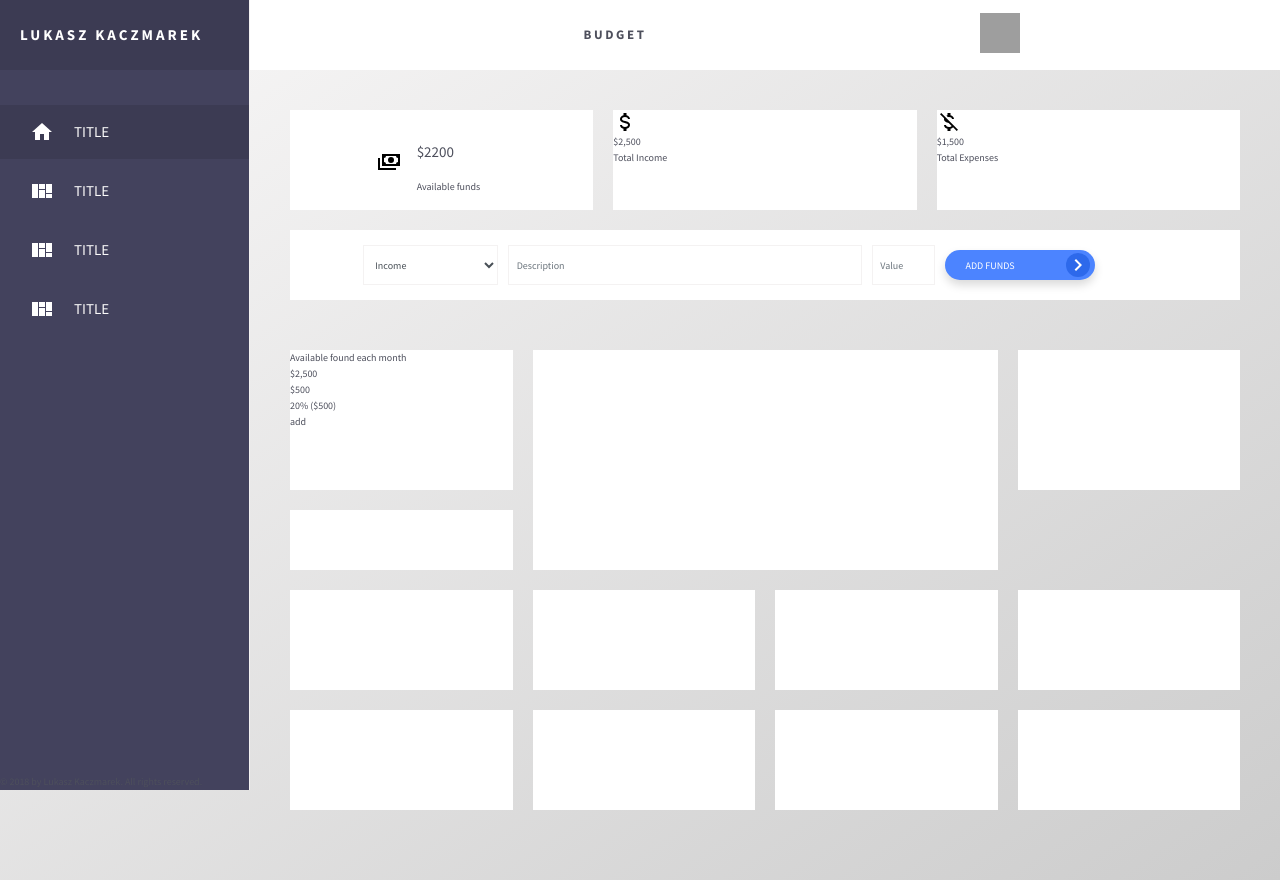
Repository: Archezi/BudgetApplication
Page: index.html
These files come from the project's save history. The page is drawn as it stood at one moment and after the next save; the edit follows.
The browser window is 1280 px wide. The pictures show the whole page.
Pictures or frames that could not be fetched are drawn as grey boxes. The style sheet was rebuilt from its Sass, Less or Tailwind sources for each picture, by a compiler version that may differ from the author's.

Above is the page before, as saved 2018-08-29 23:52:39.
Console error: TypeError: $(...).formSelect is not a function

### index.html
<!DOCTYPE html>
<html lang="en">
<head>
    <meta charset="UTF-8">
    <meta name="viewport" content="width=device-width, initial-scale=1.0">
    <meta http-equiv="X-UA-Compatible" content="ie=edge">
    <link href="https://fonts.googleapis.com/css?family=Source+Sans+Pro:300,400,700" rel="stylesheet">
    <!--Import Google Icon Font-->
    <link href="https://fonts.googleapis.com/icon?family=Material+Icons" rel="stylesheet">
    <!--Import materialize.css-->
    <link type="text/css" rel="stylesheet" href="css/bootstrap.min.css"  media="screen,projection"/>
    <!-- Website style.css-->
    <link rel="stylesheet" href="css/style.comp.css">

    <title>Budget Application</title>

</head>
<body>
   <div class="web__container">
        <header class="header">
            <div class="logo">
                <h1>Lukasz Kaczmarek</h1>
            </div>
            <div class="page_title">
                <h2>Budget</h2>
            </div>
            <div class="user-nav">
                <div class="user-nav__icon"></div>
                <div class="user-nav__profile">
                    <img src="https://source.unsplash.com/random/40x40" alt="">
                </div>
            </div>
        </header>

        <div class="content">
            <nav class="sidebar">
                <ul class="side-nav">
                    <li class="side-nav__item side-nav__item--active">
                        <a href="#" class="side-nav__link">
                                <svg class="side-nav__icon" style="width:24px;height:24px" viewBox="0 0 24 24">
                                    <path fill="#fff" d="M10,20V14H14V20H19V12H22L12,3L2,12H5V20H10Z" />
                                </svg>
                            <span>Title</span>
                        </a>
                    </li>
                    <li class="side-nav__item ">
                        <a href="#" class="side-nav__link">
                            <svg class="side-nav__icon" style="width:24px;height:24px" viewBox="0 0 24 24">
                                <path fill="#000000" d="M2,5V19H8V5H2M9,5V10H15V5H9M16,5V14H22V5H16M9,11V19H15V11H9M16,15V19H22V15H16Z" />
                            </svg>
                            <span>Title</span>
                        </a>
                    </li>
                    <li class="side-nav__item ">
                        <a href="#" class="side-nav__link">
                            <svg class="side-nav__icon" style="width:24px;height:24px" viewBox="0 0 24 24">
                                <path fill="#000000" d="M2,5V19H8V5H2M9,5V10H15V5H9M16,5V14H22V5H16M9,11V19H15V11H9M16,15V19H22V15H16Z" />
                            </svg>
                            <span>Title</span>
                        </a>
                    </li>
                    <li class="side-nav__item ">
                        <a href="#" class="side-nav__link">
                            <svg class="side-nav__icon" style="width:24px;height:24px" viewBox="0 0 24 24">
                                <path fill="#000000" d="M2,5V19H8V5H2M9,5V10H15V5H9M16,5V14H22V5H16M9,11V19H15V11H9M16,15V19H22V15H16Z" />
                            </svg>
                            <span>Title</span>
                        </a>
                    </li>
                </ul>

                <div class="legal">
                    &copy; 2018 by Lukasz Kaczmarek. All rights reserved.
                </div>
            </nav>

            <div class="main">

                <div class="overview">
                    <div class="total__available-funds">
                        <svg style="width:24px;height:24px" viewBox="0 0 24 24">
                            <path fill="#000000" d="M5,6H23V18H5V6M14,9A3,3 0 0,1 17,12A3,3 0 0,1 14,15A3,3 0 0,1 11,12A3,3 0 0,1 14,9M9,8A2,2 0 0,1 7,10V14A2,2 0 0,1 9,16H19A2,2 0 0,1 21,14V10A2,2 0 0,1 19,8H9M1,10H3V20H19V22H1V10Z" />
                        </svg>
                        <div class="total-funds">$2200</div>
                        <div class="total-funds-description">Available funds</div>
                    </div>
                    <div class="total__income">
                        <svg style="width:24px;height:24px" viewBox="0 0 24 24">
                            <path fill="#000000" d="M7,15H9C9,16.08 10.37,17 12,17C13.63,17 15,16.08 15,15C15,13.9 13.96,13.5 11.76,12.97C9.64,12.44 7,11.78 7,9C7,7.21 8.47,5.69 10.5,5.18V3H13.5V5.18C15.53,5.69 17,7.21 17,9H15C15,7.92 13.63,7 12,7C10.37,7 9,7.92 9,9C9,10.1 10.04,10.5 12.24,11.03C14.36,11.56 17,12.22 17,15C17,16.79 15.53,18.31 13.5,18.82V21H10.5V18.82C8.47,18.31 7,16.79 7,15Z" />
                        </svg>
                        <div class="income-funds">$2,500</div>
                        <div class="income-description">Total Income</div>

                    </div>
                    <div class="total__expenses">
                        <svg style="width:24px;height:24px" viewBox="0 0 24 24">
                            <path fill="#000000" d="M3,4.27L4.28,3L21,19.72L19.73,21L16.06,17.33C15.44,18 14.54,18.55 13.5,18.82V21H10.5V18.82C8.47,18.31 7,16.79 7,15H9C9,16.08 10.37,17 12,17C13.13,17 14.14,16.56 14.65,15.92L11.68,12.95C9.58,12.42 7,11.75 7,9C7,8.77 7,8.55 7.07,8.34L3,4.27M10.5,5.18V3H13.5V5.18C15.53,5.69 17,7.21 17,9H15C15,7.92 13.63,7 12,7C11.63,7 11.28,7.05 10.95,7.13L9.4,5.58L10.5,5.18Z" />
                        </svg>
                        <div class="expenses-funds">$1,500</div>
                        <div class="expenses-description">Total Expenses</div>

                    </div>
                </div>
                <div class="input__section-wrapper">
                    <div class="input__section">
                        <select  class="form-control input__type ">
                            <!-- <option value="" >Choose type</option> -->
                            <option class="input__option" value="inc">Income</option>
                            <option class="input__option" value="exp">Expense</option>
                        </select>
                        <input placeholder="Description" class="form-control input__description" type="text">
                        <input placeholder="Value" class="form-control input__value" type="text">
                        <button class="shadow btn input__btn add__btn">Add Funds
                                <svg style="width:24px;height:24px" viewBox="0 0 24 24">
                                    <path fill="#000000" d="M8.59,16.58L13.17,12L8.59,7.41L10,6L16,12L10,18L8.59,16.58Z" />
                                </svg>
                        </button>
                    </div>
                </div>




                <div class="budget">
                    <div class="available-funds-panel">
                        <div class="available-funds__title">Available found each month</div>
                        <div class="available-found__value">$2,500</div>
                        <div class="available-found__deposit">$500</div>
                        <div class="available-found__deposit--percentage">20% ($500)</div>
                        <div class="available-found__btn add__btn">
                            <i></i>add
                        </div>
                    </div>
                    <div class="income-panel">
                    </div>
                    <div class="history-panel"></div>
                    <div class="expenses-panel"></div>
                </div>
                <div class="statistics">
                    <div class="net-profit-panel"></div>
                    <div class="tax-panel"></div>
                    <div class="savings-panel"></div>
                    <div class="projections"></div>

                </div>
                <div class="statistics">
                    <div class="net-profit-panel"></div>
                    <div class="tax-panel"></div>
                    <div class="savings-panel"></div>
                    <div class="projections"></div>

                </div>



            </div>


        </div>




   </div>

   <!-- Compiled and minified JavaScript -->
   <script src="js/jquery.min.js"></script>
   <script src="js/bootstrap.js"></script>
   <!-- <script src="https://cdnjs.cloudflare.com/ajax/libs/materialize/1.0.0-rc.2/js/materialize.min.js"></script> -->
   <script src="js/myscript.js"></script>
</body>
</html>

### js/myscript.js
$(document).ready(function(){
    $('select').formSelect();
  });

### sass/main.scss
@import "base/reset";
@import "base/base";
@import "base/typography";

@import "abstracts/variables";
@import "components/mainComponent";
@import "components/layout";

### sass/base/_base.scss
:root {
    --color-primary: #eb2f64;
    --color-primary-light: #FF3366;
    --color-primary-dark: #BA265D;

    --color-background-dark: #3C3B53;
    --color-background-light: #43425D;

    --color-grey-light-1: #faf9f9;
    --color-grey-light-2: #f4f2f2;
    --color-grey-light-3: #f0eeee;
    --color-grey-light-4: #ccc;

    --color-grey-dark-1: #333;
    --color-grey-dark-2: #4D4F5C;
    --color-grey-dark-3: #999;
    --color-white: #fff;
    --shadow-dark: 0 2rem 6rem rgba(0,0,0,.3);
    --shadow-light: 0 2rem 5rem rgba(0,0,0,.06);


    --button-primary-blue: #4c84ff;
    --button-primary-blue-darker: #2d69eb;


    --line: 1px solid var(--color-grey-light-2);
}

$bp-largest: 75em;     // 1200px
$bp-large: 68.75em;    // 1100px
$bp-medium: 56.25em;   // 900px
$bp-small: 37.5em;     // 600px
$bp-smallest: 31.25em; // 500px

* {
    margin: 0;
    padding: 0;
}

*,
*::before,
*::after {
    box-sizing: inherit;
}

html {
    box-sizing: border-box;
    font-size: 62.5%; // 1rem = 10px, 10px/16px = 62.5%

    @media only screen and (max-width: $bp-large) {
        font-size: 50%;
    }
}

body {


    color: var(--color-grey-dark-2);
    background-image: linear-gradient(to right bottom, var(--color-grey-light-1), var(--color-grey-light-4));
    background-size: cover;
    background-repeat: no-repeat;

    min-height: 100vh;
}

### sass/base/_typography.scss
body {

    font-weight: 400;
    line-height: 1.6;
    font-family: 'Source Sans Pro', sans-serif;
    text-rendering: optimizeLegibility;
    -webkit-font-smoothing: antialiased;

}

### sass/abstracts/_variables.scss
$header-height: 7rem;
$sidebar-width: 25rem;
$main: calc(4rem + $header-height );
$fraction: 1fr;

### sass/components/_mainComponent.scss

//////////////////////////////////////////
// Header

.logo {
    width: 25rem;
    padding: 0 2rem;

    border-right: var(--line);
    background: var(--color-background-dark);
    h1 {

        align-self: center;
        font-size: 1.5rem;
        font-weight: 700;
        line-height: 2rem;
        letter-spacing: 0.2em;
        text-transform: uppercase;
        padding: 2.5rem 0;
        color: var(--color-white);

    }
}
.page_title {
    width: 30rem;
    text-align: center;
    h2 {
        font-size: 1.3rem;
        font-weight: 700;
        letter-spacing: 0.2em;
        text-transform: uppercase;
    }
}
.user-nav {
    width: 30rem;
}
.side-nav {
    font-size: 1.5rem;
    list-style: none;
    margin-top: 3.5rem;

    &__item {
        position: relative;
        float: none;
        &:not(:last-child) {
            margin-bottom: .5rem;
        }
    }
    &__item::before {
        content: "";
        position: absolute;
        top: 0;
        left: 0;
        height: 100%;
        width: 3px;
        background-color: var(--color-background-dark);
        transform: scaleY(0);
        transition: transform .2s,
                    width .4s cubic-bezier(1,0,0,1) .2s,
                    background-color .1s;
    }

    &__item:hover::before,
    &__item--active::before {
        transform: scaleY(1);
        width: 100%;
    }

    &__item:active::before {
        background-color: var(--color-background-light);
    }

    &__link:link,
    &__link:visited {
        color: var(--color-grey-light-1);
        text-decoration: none;
        text-transform: uppercase;
        display: block;
        padding: 1.5rem 3rem;
        position: relative;
        z-index: 10;

        display: flex;
        align-items: center;

        @media only screen and (max-width: $bp-medium) {
            justify-content: center;
            padding: 2rem;
        }

        @media only screen and (max-width: $bp-small) {
            flex-direction: column;
            padding: 1.5rem .5rem;
        }
    }

    &__icon {
        width: 1.75rem;
        height: 1.75rem;
        margin-right: 2rem;
        fill: currentColor;
        path {
            fill: #fff;
        }
        @media only screen and (max-width: $bp-small) {
            margin-right: 0;
            margin-bottom: .7rem;
            width: 1.5rem;
            height: 1.5rem;
        }
    }
}

////////////////////////////////////////
// INPUT BAR
.input {
    &__section-wrapper {

    }
    &__section {

        .form-control {

            border-radius: 0;
            border-color: var(--color-grey-light-2);
        }
    }
    &__type {

    }
    &__description {

    }
    &__value {

    }
    &__option {
        width: 100%;
    }
    &__btn {
        position: relative;
        border-radius: 3rem;
        width: 15rem;
        height: 3rem;
        color: var(--color-white);
        background: var(--button-primary-blue);
        text-align: left;
        text-transform: uppercase;
        padding-left: 2rem;
        svg {
            position: absolute;
            top: 50%;
            right: .4rem;
            background-color: var(--button-primary-blue-darker);
            border-radius: 50%;
            transform: translateY(-50%);
            path { fill: var(--color-white);}

            &::before {
                width: 1rem;
                height: 1rem;
                padding: 1rem;
                border-radius: 50%;
                background: blue;
            }
        }
    }

}

### sass/components/_layout.scss
.web__container {
    max-width: 100% !important;
    min-height: 100vh;
    margin: 0 auto;

}

.header {
    height: $header-height;
    background: var(--color-white);
    position: fixed;
    top: 0;
    width: 100%;
    display: flex;
    justify-content: space-between;
    align-items: center;
    z-index: 1000;
}
.content {

}

///////////////////////////////////////
// SIDEBAR

.sidebar {
    border-right: var(--line);
    background-color: var(--color-background-light);
    position: fixed;
    left: 0;
    top: 0;
    width: 25rem;
    margin-top: $header-height;
    // width: 25rem;
    display: flex;
    flex-direction: column;
    justify-content: space-between;
    min-height: calc(100vh );
    z-index: 999;
}

//////////////////////////////////////////
// MAIN
.main {
    margin-top: $header-height;
    padding: 4rem 4rem 7rem 29rem;
    width: 100%;
    min-height: calc(100vh - 7rem);
    display: grid;
    grid-gap: 2rem;
    grid-auto-rows: minmax(10rem, auto);



    ////////////////////////////////////////
    // OVERVIEW
    .overview {
        display: grid;
        grid-gap: 2rem;
        grid-template-columns: repeat(3, 1fr);

        & > * {
            background: var(--color-white);
        }

        .total {
            &__available-funds {
                display: grid;
                grid-template-columns: 5rem 10rem;
                grid-auto-rows: auto;
                align-items: center;
                justify-content: center;
                svg {
                    grid-row: span 2;
                    margin: 1rem;
                }
            }
            &-funds {
                font-size: 1.5rem;
                font-weight: 400;
                align-self: end;
            }
            &-funds-description {

            }

            &__income {

                &-funds {

                }
                &-description {

                }
            }
            &__expenses {

                &-funds {

                }
                &-description {

                }
            }
        }


    }

    ////////////////////////////////////////
    // INPUT BAR
    .input {
        &__section-wrapper {
            display: grid;
            height: 7rem;
            background: var(--color-white);
            align-content: center;
            justify-content: center;
        }
        &__section {
            display: grid;
            grid-gap: 1rem;
            grid-template-columns: repeat(12, 1fr);
            align-items: center;

            .form-control {
                height: 4rem;
                border-radius: 0;
                border-color: var(--color-grey-light-2);
            }
        }
        &__type {
            grid-column: 2 / span 2;
        }
        &__description {
            grid-column: 4 / span 5;
        }
        &__value {
            grid-column: 9 / span 1;
        }
        &__btn {
            grid-column: 10 / span 1;

        }

    }

    .budget {
        display: grid;
        grid-gap: 2rem;
        grid-template-columns: repeat(4, 1fr);
        grid-row: span 2;
        & > * {
            background: var(--color-white);
        }
        .history-panel {
            grid-column: 2 / span 2;
            grid-row: 1 / span 2;
            grid-auto-rows: $fraction;
        }
    }

    .statistics {
        display: grid;
        grid-gap: 2rem;
        grid-template-columns: repeat(4, 1fr);

        & > * {
            background: var(--color-white);
        }

    }
}


//////////////////////////////////////////////@at-root
// Footer
.footer {
    position: absolute;
    bottom: 0;
    background: var(--color-white);
    z-index: 1;
    height: $header-height;
    width: calc(100%);
    z-index: 100;
}

Loaded but not shown: css/bootstrap.min.css (library); js/jquery.min.js (library); js/bootstrap.js (library); sass/base/_reset.scss (common file)

After the next save:
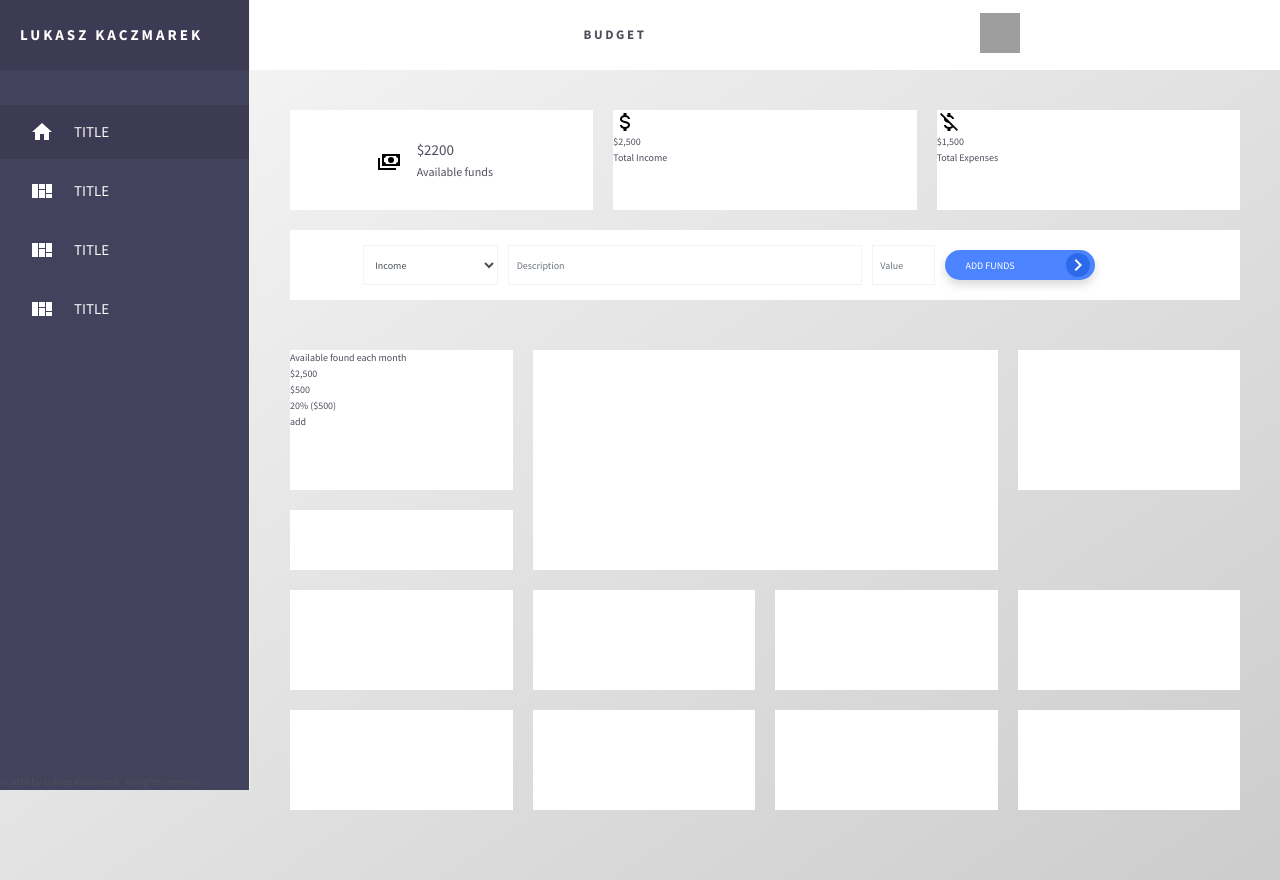
Saved 32 s later.
--- a/sass/components/_layout.scss
+++ b/sass/components/_layout.scss
@@ -81,7 +81,9 @@
                 align-self: end;
             }
             &-funds-description {
-
+                font-size: 1.2rem;
+                font-weight: 400;
+                align-self: start;
             }
 
             &__income {
